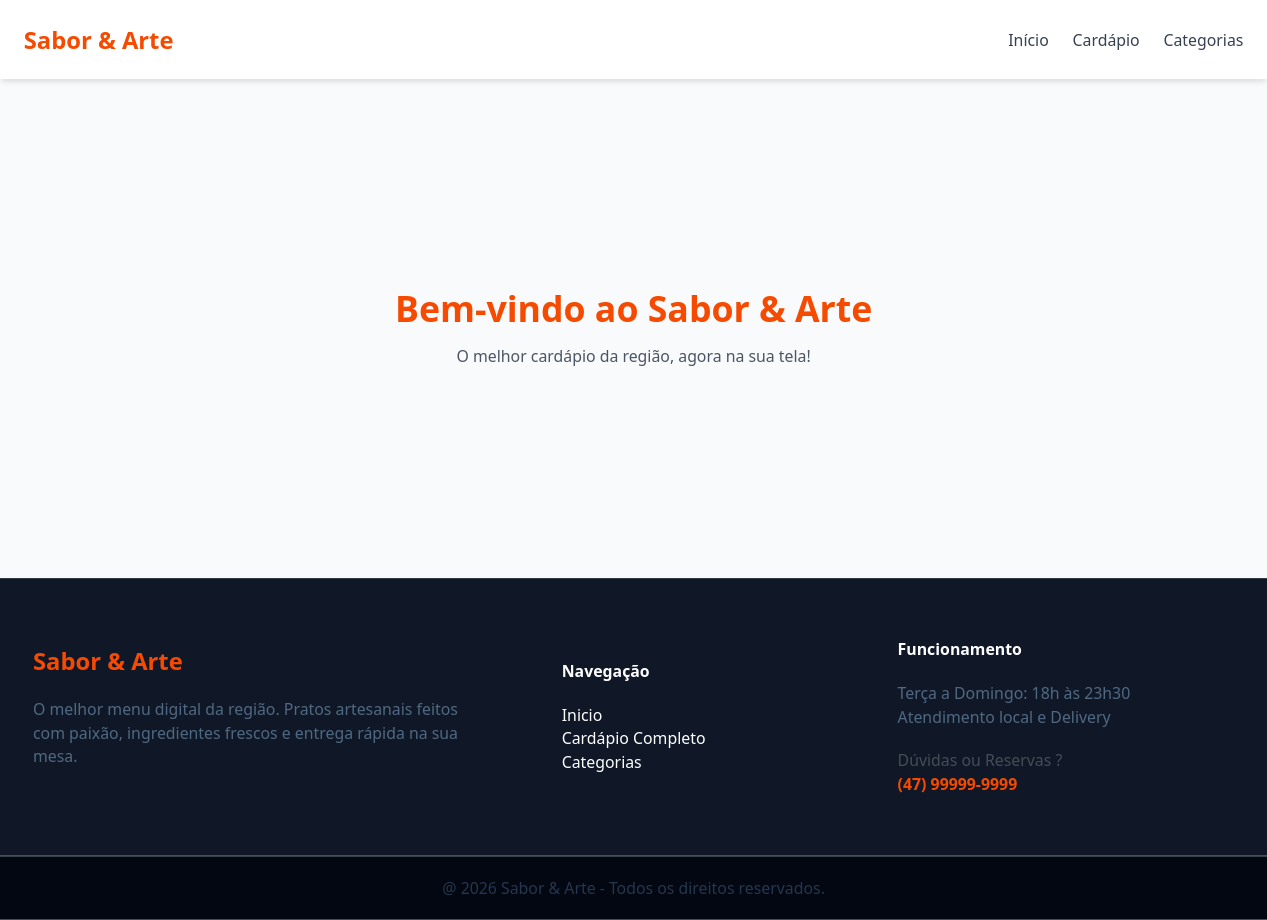
Repository: DiegoWWeege/pair-programming-next-js
Page: / (app in next-js-project/)
These files come from the project's save history. The page is drawn as it stood at one moment and after the next save; the edit follows.
The browser window is 1280 px wide. The pictures show the whole page, at 99% of full size.
The project was rebuilt for these pictures with package versions that can differ from the ones it lists, and the page was loaded fresh each time. The framework's server and built-in components were replaced by stand-ins that run in the browser. Also part of the build but not shown: next-js-project/next.config.ts.

Above is the page before, as saved 2026-09-18 19:05:57.

### next-js-project/src/app/layout.tsx
import type { Metadata } from "next";
import "./globals.css";
import {Inter, Montserrat} from "next/font/google"
import NavBar from "@/components/NavBar";
import Footer from "@/components/Footer";

const inter = Inter({subsets: ["latin"], variable : "--font-inter"});

const montserrat = Montserrat({ subsets: ["latin"], variable: "--font-montserrat"})

export const metadata: Metadata = {
  title: "Menu Digital - Restaurante",
  description: "Desenvolvido por Diego e Cherpinski",
};

export default function RootLayout({ children }: LayoutProps<"/">) {
  return (
    <html
      lang="pt-br"
    >
      <body className="bg-gray-50 antialiased">
        <NavBar></NavBar>
        {children}
        <Footer/>

      </body>
    </html>
  );
}

### next-js-project/src/app/page.tsx
import Image from "next/image";
import Footer from "../components/Footer";
import NavBar from "@/components/NavBar";

export default function Home() {
  return (
    <div>
      <main className="flex flex-col items-center justify-center min-h-[70vh]">
        <h1 className="text-4xl font-bold text-orange-600 ">Bem-vindo ao Sabor & Arte</h1>
        <p className="mt-4 text-gray-600">O melhor cardápio da região, agora na sua tela!</p>
      </main>
    </div>
  );
}

### next-js-project/src/components/NavBar.tsx
import Link from "next/link";


export default function NavBar(){

    return (
        <nav className="flex items-center justify-between p-6 bg-white shadow-md">
            <h2 className="text-2xl font-bold text-orange-600">Sabor & Arte</h2>

            <div className="flex gap-6">
                <Link href= "/" className="text-gray-700 hover:text-orange-600 font-medium">Início</Link>

                <Link href= "/cardapio" className="text-gray-700 hover:text-orange-600 font-medium">Cardápio</Link>

                <Link href= "/categorias" className="text-gray-700 hover:text-orange-600 font-medium">Categorias</Link>
            </div>

        </nav>
    );
}

### next-js-project/src/components/Footer.tsx
import Link from "next/link"

export default function Footer(){

    return(

        <footer>
           <div className="grid grid-cols-3 items-center justify-items-center bg-[#101828] p-15">
                <div>
                    <h2 className="font-bold text-orange-600 text-2xl mb-5 ">
                        Sabor & Arte
                    </h2>

                    <p className="w-110 mb-5 w-60 text-[#506982]">
                        O melhor menu digital da região. Pratos artesanais feitos com
                        paixão, ingredientes frescos e entrega rápida na sua mesa.
                    </p>
                </div>

                <div>
                    <h3 className = "text-white font-bold mb-5">
                        Navegação
                    </h3>

                    <Link className = "block text-white" href="/">Inicio</Link>
                    <Link className = "block text-white" href="/cardapio">Cardápio Completo</Link>
                    <Link className = "block text-white" href="/categorias">Categorias</Link>
                </div>

                <div>
                    <h3 className="text-white font-bold mb-5">
                        Funcionamento
                    </h3>

                    <p className="mb-5 w-60 text-[#506982]">
                        Terça a Domingo: 18h às 23h30
                        Atendimento local e Delivery
                    </p>

                    <div className="border-[#151E2E] h-"/>

                    <p className="mt-5 text-[#444E56]">
                        Dúvidas ou Reservas ?
                    </p>

                    <strong className="text-orange-600">
                        (47) 99999-9999
                    </strong>
                </div>

           </div>

            <hr className="border-[#151E2E] "/>

           <div className = "flex items-center justify-center p-5 bg-[#030712]">
                    <p className="text-[#25374E]">
                        @ 2026 Sabor & Arte - Todos os direitos reservados.
                    </p>
            </div>
        </footer>
    )

}

Loaded but not shown: next-js-project/src/app/globals.css (common file)

After the next save:
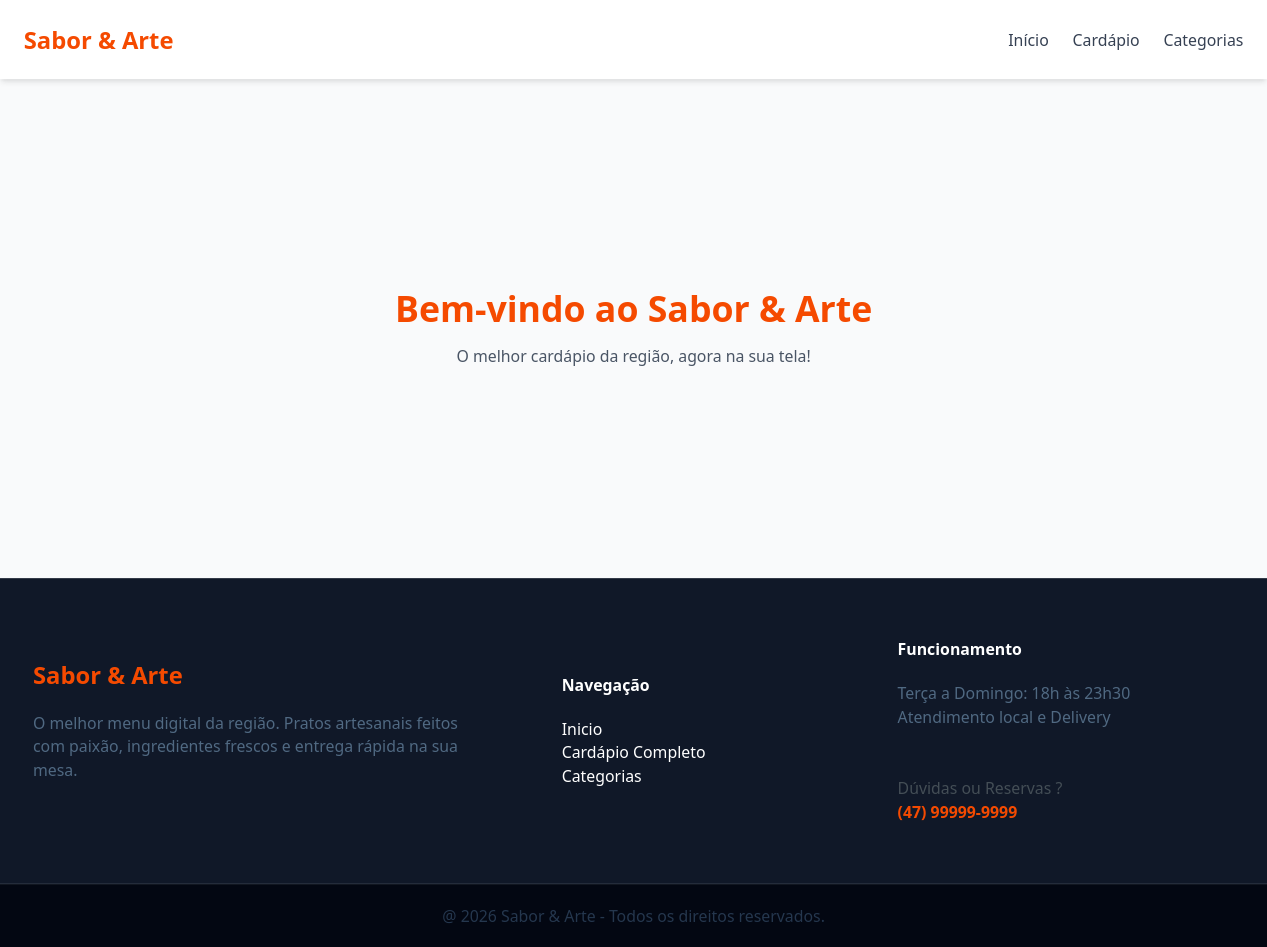
Saved 4 s later.
--- a/next-js-project/src/components/Footer.tsx
+++ b/next-js-project/src/components/Footer.tsx
@@ -37,7 +37,7 @@ export default function Footer(){
                         Atendimento local e Delivery
                     </p>
 
-                    <div className="border-[#151E2E] h-"/>
+                    <div className="border-[#151E2E] h-2"/>
 
                     <p className="mt-5 text-[#444E56]">
                         Dúvidas ou Reservas ?
